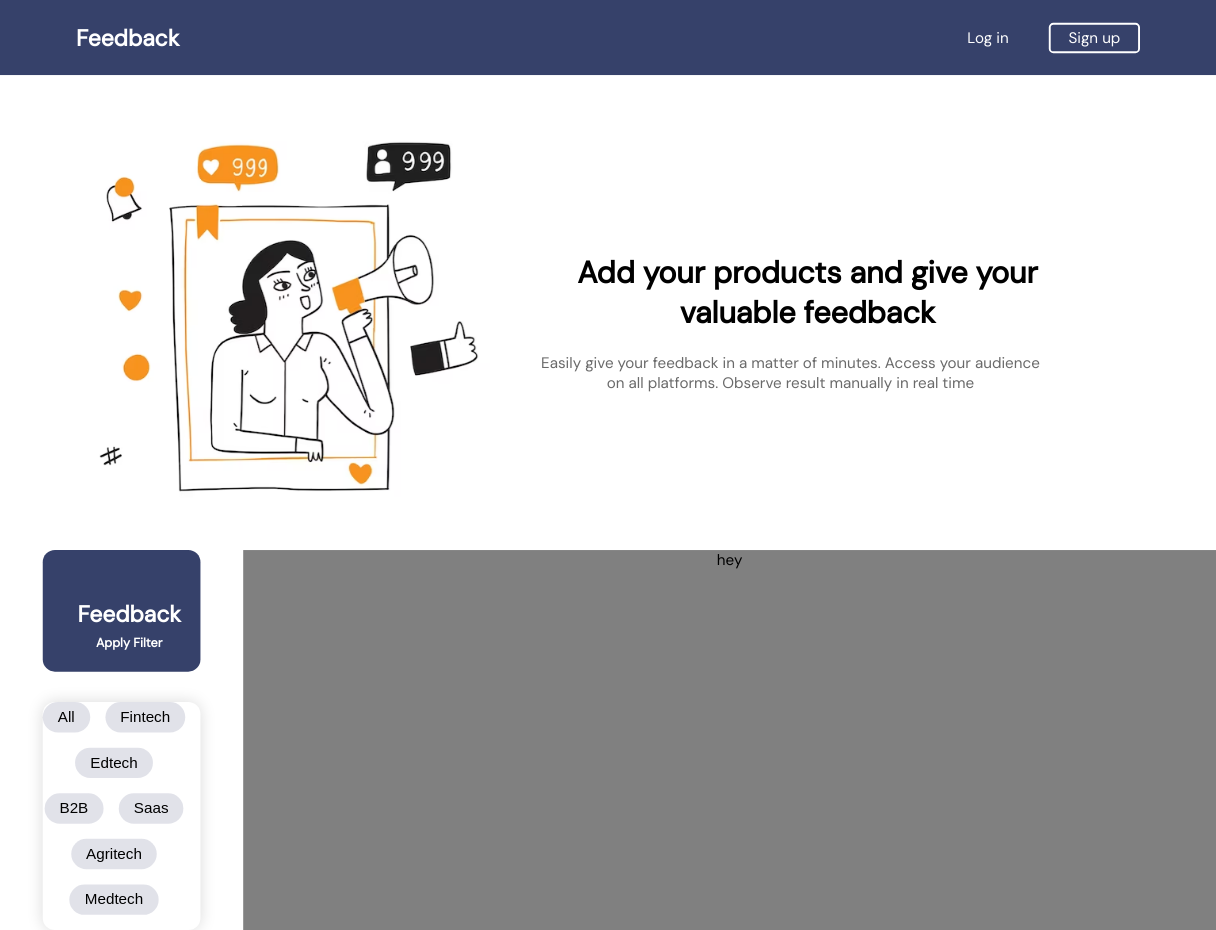
Repository: drumsmanku/final-evaluation-test
Page: / (app in client/)
These files come from the project's save history. The page is drawn as it stood at one moment and after the next save; the edit follows.
The browser window is 1280 px wide. The pictures show the whole page, at 95% of full size.
The page's requests for data from a server got no answer. The project was rebuilt for these pictures with package versions that can differ from the ones it lists, and the page was loaded fresh each time. No one was signed in, and anything a server would have sent is missing.

Above is the page before, as saved 2023-07-29 11:50:48.

### client/src/App.js
import './App.css';
import { BrowserRouter as Router, Route, Routes} from 'react-router-dom';
import MainPage from './Components/MainPage';
function App() {
  return (
    <div className="App">
      <Router>
        <Routes>
          <Route path='/' element={<MainPage/>}/>


        </Routes>
      </Router>
    </div>
  );
}

export default App;

### client/src/Components/MainPage.js
import React, {useState, useEffect} from 'react';
import '../CSS/MainPage.css';
import profile from'../Assets/profilepic.webp';
import img1 from '../Assets/frontphoto.png';
import axios from 'axios';

const buttonTitles=['All', 'Fintech', 'Edtech', 'B2B', 'Saas', 'Agritech', 'Medtech'];
const buttonStyles={
  padding:'0.2rem 1rem 0.2rem 1rem',
  backgroundColor:'#36416A26',
  fontSize:'medium',
  borderRadius:'1rem',
  border:'none',
  margin:'0 1rem 1rem 0',
  height:'2rem',
  textAlign:'center',
}

function MainPage() {
  const [categorySet, setCategorySet]=useState([])
  const [isLoggedIn, setIsLoggedIn]=useState(false);
  const [products, setProdcts]=useState([])
  useEffect(()=>{
    const User=localStorage.getItem('user');
    if(User){
      setIsLoggedIn(true);
    }

  }, []);
  const handleLogout=()=>{
    localStorage.removeItem('user');
    setIsLoggedIn(false);
  }
  const handleCategoryClick=(event)=>{
    const currentCat=event.target.value;
    if(!categorySet.includes(currentCat)){
      setCategorySet([...categorySet, event.target.value]);
    }
    else{
      setCategorySet(categorySet.filter(cat=>cat!=currentCat))
    }

  }

  useEffect(()=>{
    const category=categorySet
    axios.get(`http://localhost/4000/get-prods?category=${category.join(',')}`)
    .then((res)=>{setProdcts(res.data.products)})
    .catch(err=>console.log(err))

  }, [categorySet])

  return (
    <div className='main-container'>
      <div className="main-top-container">
        <div className='navbar' >
          <div style={{display:'flex',width:'100%', justifyContent:' space-between', alignItems:'center',}}>
          <h3 style={{marginLeft:'5rem', color:'white', fontSize:'1.5rem'}}>Feedback</h3>
          <div style={{display:'flex', marginRight:'5rem'}}>
              {isLoggedIn ? (
                <>
                  <button style={{background:'none', fontSize:'large', border:'none', fontFamily:'DM Sans', color:'white'}} onClick={handleLogout}>Logout</button>
                  <span style={{color:'white', fontFamily:'DM Sans', fontSize:'large', display:'flex', alignItems:'center', marginLeft:'1rem'}}>Hello!</span>
                  <img src={profile} alt="" height={50} width={50} style={{borderRadius:'100%', marginLeft:'1rem'}} />
                </>
              ) : (
                <>
                  <button className='btn-main-page-login' type='submit'  >Log in</button>
                  <button type='submit'  className='btn-main-page-register' >Sign up</button>
                </>
              )}
            </div>
          </div>
        </div>
        <div className="title-desc">
          <img src={img1} alt="" height={500} style={{marginLeft:'3rem'}}/>
          <div style={{display:'flex', flexDirection:'column', marginLeft:'2rem'}}>
              <h1 style={{maxWidth:'80%'}}> Add your products and give your valuable feedback</h1>
              <span style={{maxWidth:'75%', color:'#6A6A6A'}}>Easily give your feedback in a matter of minutes. Access your audience on all platforms. Observe result manually in real time</span>
          </div>
        </div>
      </div>
      <div className="main-bottom-container">
        <div className="bottom-left">
          <article style={{backgroundColor:'#36416A', width:'65%', color:'white', paddingTop:'2rem', borderRadius:'0.8rem', marginBottom:'2rem'}}>
            <h2 style={{marginBottom:'0.4rem',marginLeft:'1rem'}}>Feedback</h2>
            <h5 style={{marginTop:0, marginLeft:'1rem'}}>Apply Filter</h5>
          </article>
          <article style={{width:'65%', borderRadius:'0.8rem', padding:'1.5rem, 1rem 0 1rem', boxShadow:'0 0 17px #00000026',}}>
             {buttonTitles.map((title, idx)=>(
              <button value={title} onClick={handleCategoryClick} style={{...buttonStyles}} key={idx}>{title}</button>
             ))}
          </article>
        </div>
        <div className="bottom-right">
          hey
        </div>
      </div>
    </div>
  )
}

export default MainPage

### client/src/CSS/MainPage.css
@import url('https://fonts.googleapis.com/css2?family=DM+Sans&display=swap');

body{
  font-family: 'DM Sans';
}
.main-container{
  height: 100vh;
  width: 100vw;
  display: flex;
  flex-direction: column;

}
.main-top-container{
  width: 100%;
}
.btn-main-page-login{
  height: 2rem;
  width: 6rem;
  font-weight: 500;
  font-size: medium ;
  background: none;
  border: none;
  border-radius: 0.3rem;
  margin-left: 1rem;
  margin-bottom:0;
  color: white;
  font-family: 'DM Sans';
  cursor: pointer;
}
.btn-main-page-register{
  height: 2rem;
  width: 6rem;
  font-size: medium;
  font-weight: 500;
  background-color: #36416A;
  border: 2px solid white;
  border-radius: 0.3rem;
  margin-left: 1rem;
  margin-bottom:0;
  color: white;
  font-family: 'DM Sans';
  cursor: pointer;
}
.navbar{
  width: 100%;
  background-color: #36416A;
}
.title-desc{
  width: 100%;
  display: flex;
  align-items: center;
  justify-content: space-around;

}
.bottom-left{
  width: 20%;
  display: flex;
  flex-direction: column;
  align-items: center;

}
.bottom-right{
  width: 80%;
  background-color: gray;
}
.main-bottom-container{
  width:100%;
  display: flex;
}

Loaded but not shown: client/public/index.html (common file); client/src/index.js (common file); client/src/index.css (common file); client/src/App.css (common file)

After the next save:
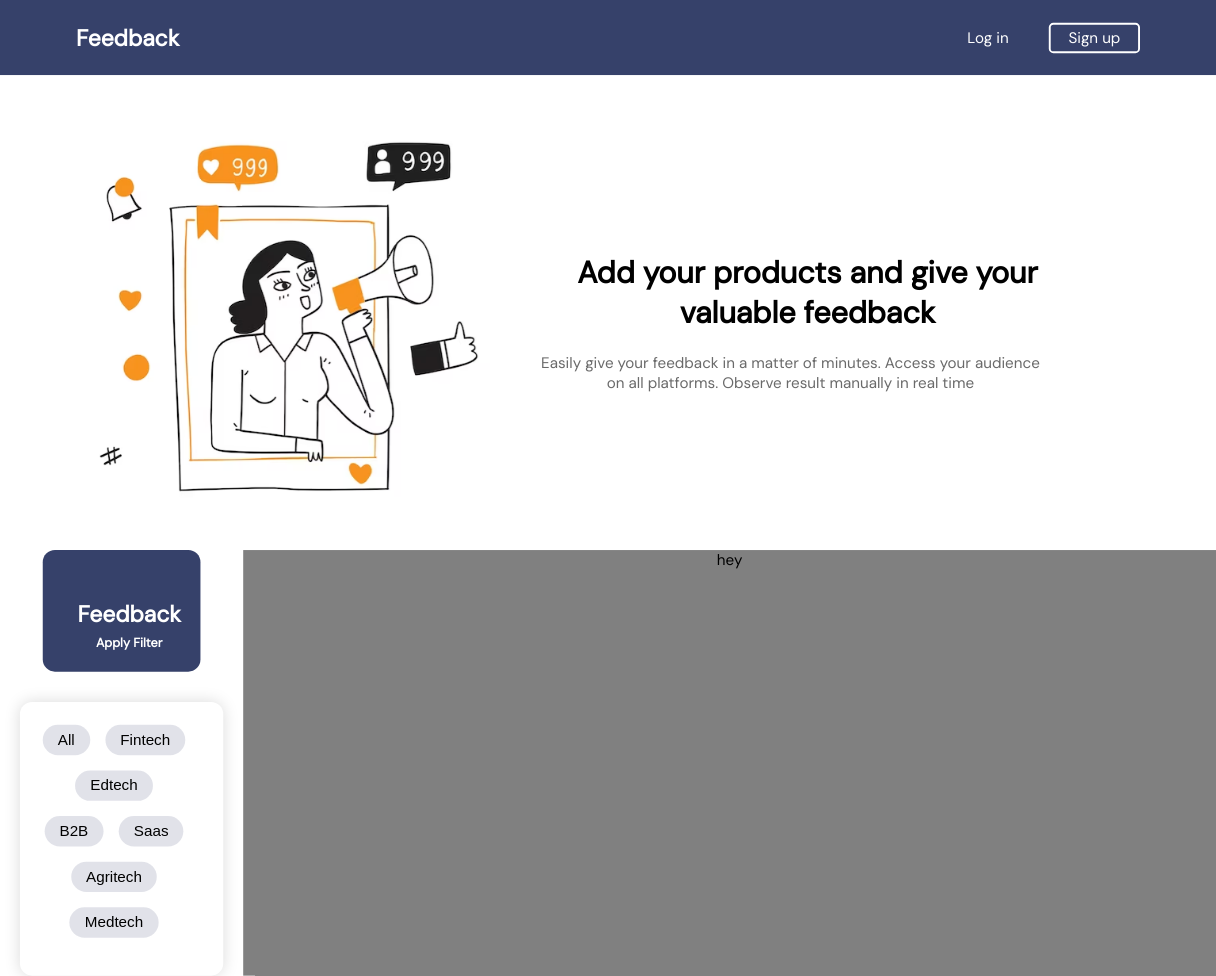
Saved 18 s later.
--- a/client/src/Components/MainPage.js
+++ b/client/src/Components/MainPage.js
@@ -86,7 +86,7 @@ function MainPage() {
             <h2 style={{marginBottom:'0.4rem',marginLeft:'1rem'}}>Feedback</h2>
             <h5 style={{marginTop:0, marginLeft:'1rem'}}>Apply Filter</h5>
           </article>
-          <article style={{width:'65%', borderRadius:'0.8rem', padding:'1.5rem, 1rem 0 1rem', boxShadow:'0 0 17px #00000026',}}>
+          <article style={{width:'65%', borderRadius:'0.8rem', padding:'1.5rem', boxShadow:'0 0 17px #00000026',}}>
              {buttonTitles.map((title, idx)=>(
               <button value={title} onClick={handleCategoryClick} style={{...buttonStyles}} key={idx}>{title}</button>
              ))}
